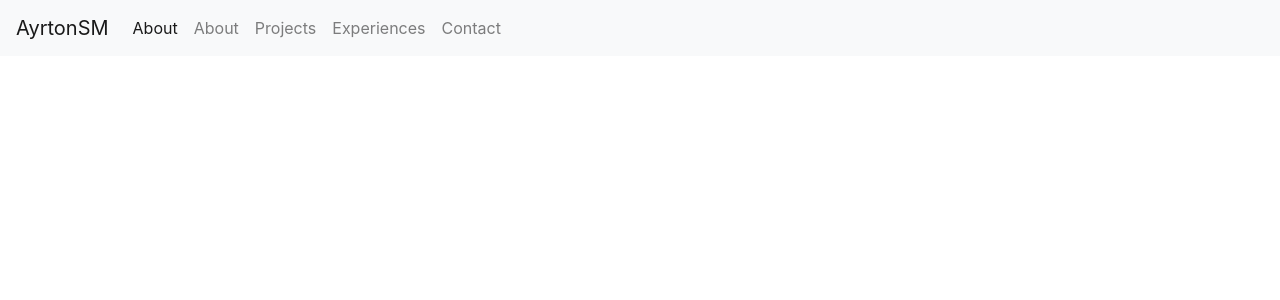
Repository: AyrtonSM/ayrtonsm.github.io
Page: website/index.html
The author's editor kept a copy of each file at every save. The page is drawn from the files as they stood at one save, then again after the next save.
The browser window is 1280 px wide. The pictures show the whole page.
Some web libraries are served in a nearby version.

Above is the page before, as saved 2019-07-23 09:14:45.

After the next save:
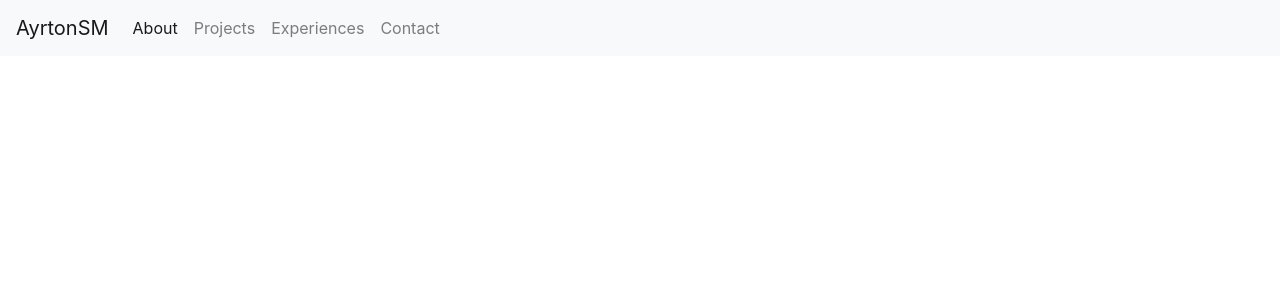
Saved 5 s later.
--- a/website/index.html
+++ b/website/index.html
@@ -25,9 +25,7 @@
             <li class="nav-item active">
                 <a class="nav-link" href="#">About <span class="sr-only">(current)</span></a>
             </li>
-            <li class="nav-item">
-                    <a class="nav-link" href="#">About</a>
-            </li>
+
             <li class="nav-item">
                 <a class="nav-link" href="#">Projects</a>
             </li>
